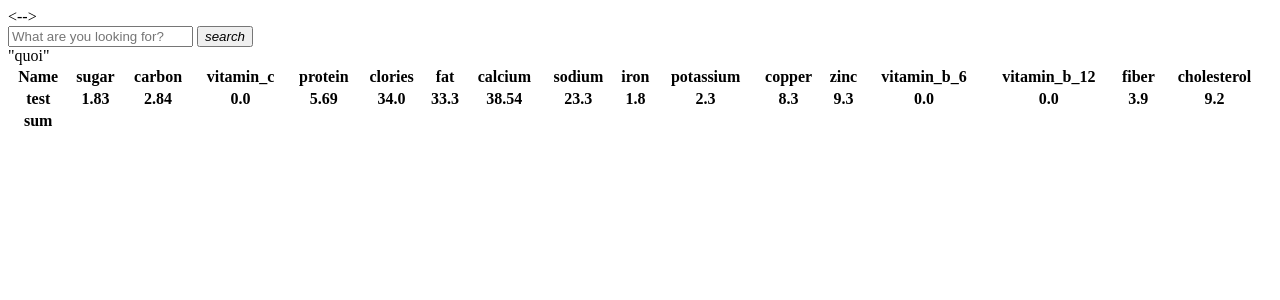
Repository: chenhongye11/DiDongBaBong
Page: didongbabong/src/main/webapp/public/displayResults.html
These files come from the project's save history. The page is drawn as it stood at one moment and after the next save; the edit follows.
The browser window is 1280 px wide. The pictures show the whole page.

Above is the page before, as saved 2021-01-31 04:00:06.

After the next save:
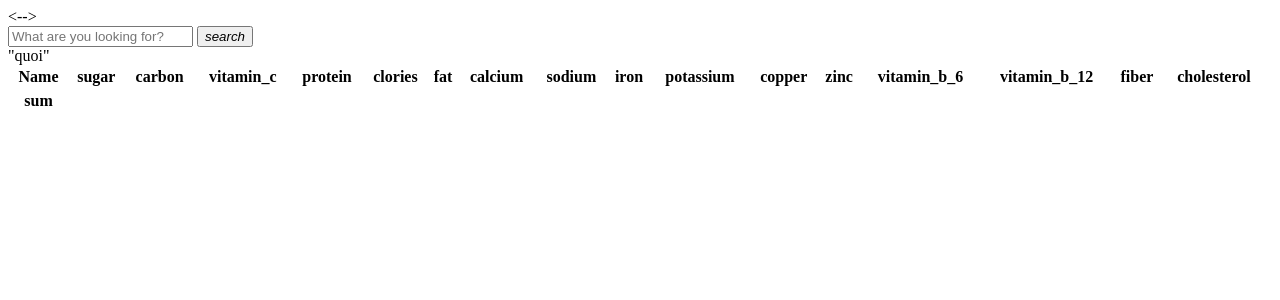
Console error: SyntaxError: Unexpected identifier 'name'
Saved 52 min 2 s later.
--- a/didongbabong/src/main/webapp/public/displayResults.html
+++ b/didongbabong/src/main/webapp/public/displayResults.html
@@ -47,7 +47,8 @@
 </table>
 
 <script>
-    var json_text = {"name":"test", "sugar":"1.83", "carbon":"2.84", "vitamin_c":"0.0", "protein":"5.69", "calories":"34.0", "fat":"33.3", "calcium":"38.54", "sodium":"23.3", "iron":"1.8", "potassium":"2.3", "copper":"8.3", "zinc":"9.3", "vitamin_b_6":"0.0", "vitamin_b_12":"0.0", "fiber":"3.9", "cholesterol":"9.2"};
+
+    var json_text = "{"name":"test", "sugar":"1.83", "carbon":"2.84", "vitamin_c":"0.0", "protein":"5.69", "calories":"34.0", "fat":"33.3", "calcium":"38.54", "sodium":"23.3", "iron":"1.8", "potassium":"2.3", "copper":"8.3", "zinc":"9.3", "vitamin_b_6":"0.0", "vitamin_b_12":"0.0", "fiber":"3.9", "cholesterol":"9.2"}";
   /*'{ "id":"John" ,'+
     '"name":"Beef",'+
     '"sugar":1.0,'+
